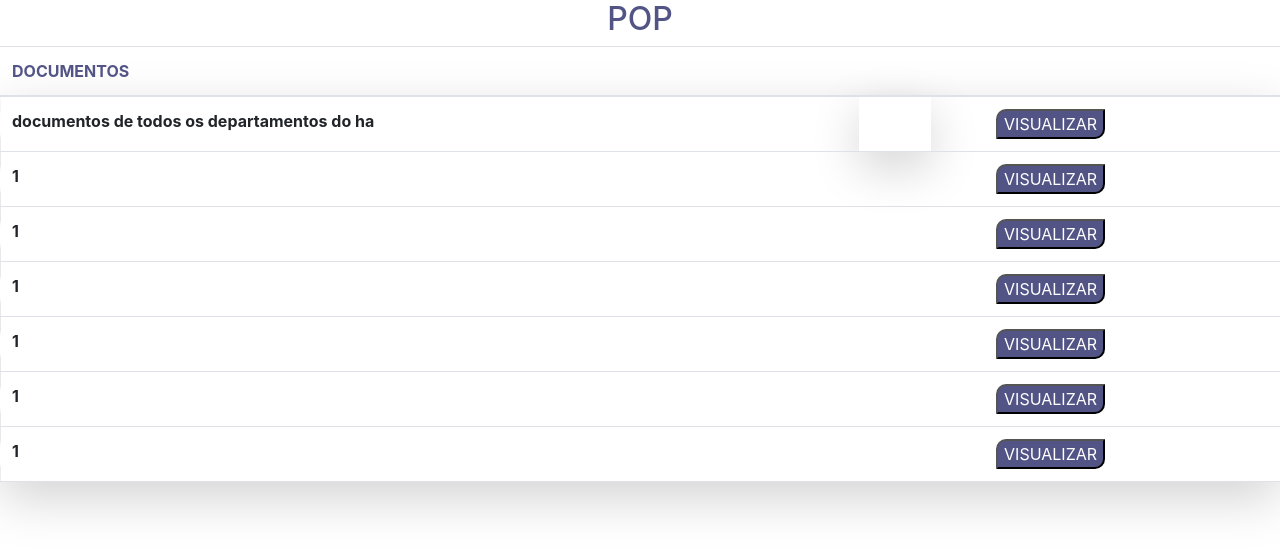
Repository: Leandromarim/INTRANET_PARTICULAR
Page: pop.html
The author's editor kept a copy of each file at every save. The page is drawn from the files as they stood at one save, then again after the next save.
The browser window is 1280 px wide. The pictures show the whole page.

Above is the page before, as saved 2021-12-17 10:14:56.
Not found: ajax.js

### pop.html
<!DOCTYPE html>
<html lang="pt-br">

<head>
    <meta charset="UTF-8" />
    <meta http-equiv="X-UA-Compatible" content="IE=edge" />
    <meta name="viewport" content="width=device-width, initial-scale=1.0" />
    <link rel="stylesheet" href="./assets/css/bootstrap-grid.css" />
    <link rel="stylesheet" href="./assets/css/bootstrap-grid.min.css" />
    <link rel="stylesheet" href="./assets/css/bootstrap.css" />
    <link rel="stylesheet" href="./assets/css/bootstrap.css" />
    <link rel="stylesheet" href="./assets/css/carousel.css" />
    <link rel="stylesheet" href="./assets/css/body.css" />
    <link rel="stylesheet" href="https://stackpath.bootstrapcdn.com/bootstrap/4.1.3/css/bootstrap.min.css" integrity="sha384-MCw98/SFnGE8fJT3GXwEOngsV7Zt27NXFoaoApmYm81iuXoPkFOJwJ8ERdknLPMO" crossorigin="anonymous" />
    <link rel="icon" href="./image/ico/ico_ha.ico" />
    <title>Intranet 2.0</title>
</head>

<body>
    <header id="mainheader"></header>
    <div id="container"></div>
    <main>
        <section class="titulo-docs">
            <h2>
                POP
            </h2>
        </section>
        <table class="table">
            <thead>
                <tr>
                    <th class="celula" scope="col">Documentos</th>
                    <th scope="col"></th>
                    <th scope="col"></th>
                    <th scope="col"></th>
                </tr>
            </thead>
            <tbody class="shadow-sm shadow-lg p-3 mb-5 bg-white">
                <tr>
                    <th>documentos de todos os departamentos do ha</th>
                    <td class="shadow-sm shadow-lg p-3 mb-5 bg-white"></td>
                    <td></td>
                    <td><a href="#"><button type="button" class="btn-visualizar">VISUALIZAR</button></a></td>
                </tr>
                <tr>
                    <th scope="row">1</th>
                    <td></td>
                    <td></td>
                    <td><a href="#"><button type="button" class="btn-visualizar">VISUALIZAR</button></a></td>
                </tr>
                <tr>
                    <th scope="row">1</th>
                    <td></td>
                    <td></td>
                    <td><a href="#"><button type="button" class="btn-visualizar">VISUALIZAR</button></a></td>
                </tr>
                <tr>
                    <th scope="row">1</th>
                    <td></td>
                    <td></td>
                    <td><a href="#"><button type="button" class="btn-visualizar">VISUALIZAR</button></a></td>
                </tr>
                <tr>
                    <th scope="row">1</th>
                    <td></td>
                    <td></td>
                    <td><a href="#"><button type="button" class="btn-visualizar">VISUALIZAR</button></a></td>
                </tr>
                <tr>
                    <th scope="row">1</th>
                    <td></td>
                    <td></td>
                    <td><a href="#"><button type="button" class="btn-visualizar">VISUALIZAR</button></a></td>
                </tr>
                <tr>
                    <th scope="row">1</th>
                    <td></td>
                    <td></td>
                    <td><a href="#"><button type="button" class="btn-visualizar">VISUALIZAR</button></a></td>
                </tr>
            </tbody>
        </table>
    </main>
    <footer id="mainfooter"></footer>
</body>
<script src="assets/js/bootstrap.js"></script>
<script src="ajax.js"></script>

</html>

### assets/css/carousel.css
div.carousel {
    display: flex;
    position: relative;
    margin: auto;
    top: 60px;
    width: 64rem;
    padding-top: 15px;
    align-items: center;
    align-content: center;
    justify-content: center;
    justify-items: center;
}

.carousel-item {
    width: 100%;
}

.carousel img {
    border-radius: 20px 0 20px 0;
    border: 2px solid #525486;
}

.carousel-control-prev-icon {
    position: relative;
    display: flex;
    padding: 0.7rem;
    right: 40px;
    background-color: #525486;
    color: #525486;
    border: 2px solid #525486;
    outline: black;
    height: 100px;
    width: 100px;
    background-size: 100%, 100%;
    border-radius: 50%;
    border: 6px solid #525486;
}

.carousel-control-prev-icon:hover {
    background-color: #525486;
}

.carousel-control-next-icon {
    position: relative;
    display: flex;
    padding: 0.7rem;
    left: 40px;
    background-color: #525486;
    color: #525486;
    border: 2px solid #525486;
    outline: black;
    height: 100px;
    width: 100px;
    background-size: 100%, 100%;
    border-radius: 50%;
    border: 6px solid #525486;
}

.carousel-control-next-icon:hover {
    background-color: #525486;
}

div.carousel-indicators button.icon-slide {
    display: flex;
    position: relative;
    color: #525486;
    padding: 0.4rem;
    background-color: #525486;
    top: 20px;
    border-radius: 100%;
    width: 0.5px;
    height: 0.5px;
}

.carousel h5,
.carousel p {
    color: #525486af;
}

### assets/css/body.css
.container-card {
    display: flex;
    position: relative;
    align-items: center;
    align-content: center;
    justify-content: center;
    justify-items: center;
}

.container-card img {
    border-radius: 20px 0 20px 0;
}

div.card {
    position: relative;
    display: flex;
    width: 20rem;
    margin: 5px;
    padding: 1px;
    background-color: #525486;
    border-radius: 20px 0 20px 0;
    top: 10px;
}

#card-text {
    display: flex;
    position: relative;
    color: white;
    align-content: center;
    align-items: center;
    justify-content: center;
    justify-items: center;
}

.titulo-docs h2 {
    position: relative;
    display: flex;
    justify-content: center;
    color: #525486;
}

main table.table {
    background-color: #fff;
}

th.celula,
td.coluna {
    color: #525486;
    text-transform: uppercase;
}

th {
    border-radius: 20px;
}

td .btn-visualizar {
    background-color: #525486;
    color: #fff;
    border-radius: 10px 0 10px 0;
}

td .btn-visualizar:hover {
    background-color: #fff;
    color: #525486;
}

Loaded but not shown: assets/css/bootstrap-grid.css (library); assets/css/bootstrap-grid.min.css (library); assets/css/bootstrap.css (library); assets/js/bootstrap.js (library)

After the next save:
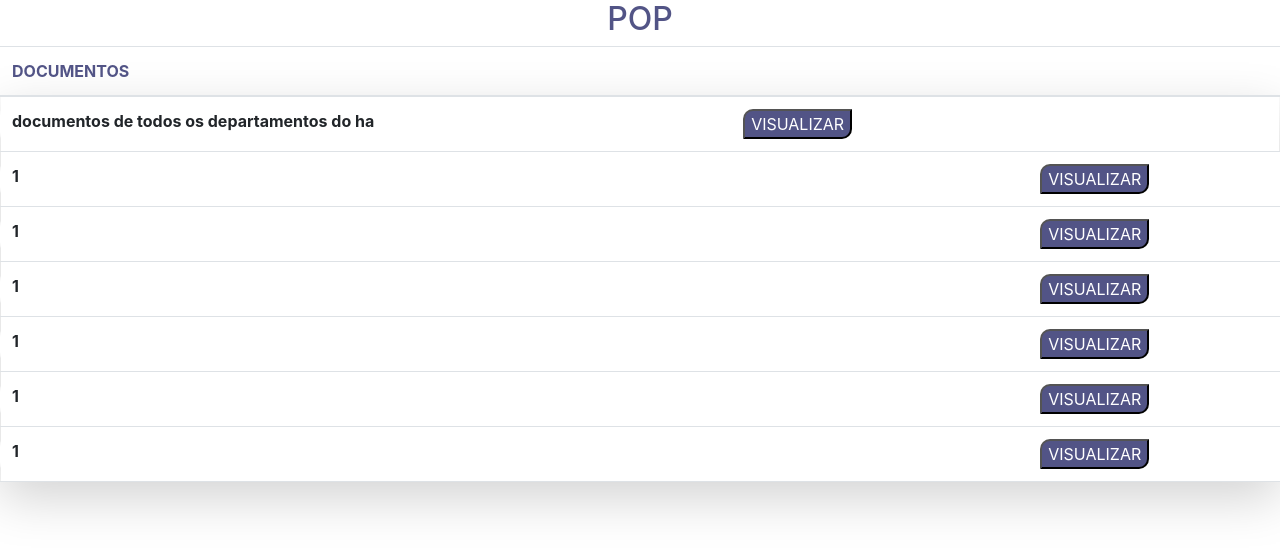
Saved 14 s later.
--- a/pop.html
+++ b/pop.html
@@ -37,8 +37,7 @@
             <tbody class="shadow-sm shadow-lg p-3 mb-5 bg-white">
                 <tr>
                     <th>documentos de todos os departamentos do ha</th>
-                    <td class="shadow-sm shadow-lg p-3 mb-5 bg-white"></td>
-                    <td></td>
+
                     <td><a href="#"><button type="button" class="btn-visualizar">VISUALIZAR</button></a></td>
                 </tr>
                 <tr>
